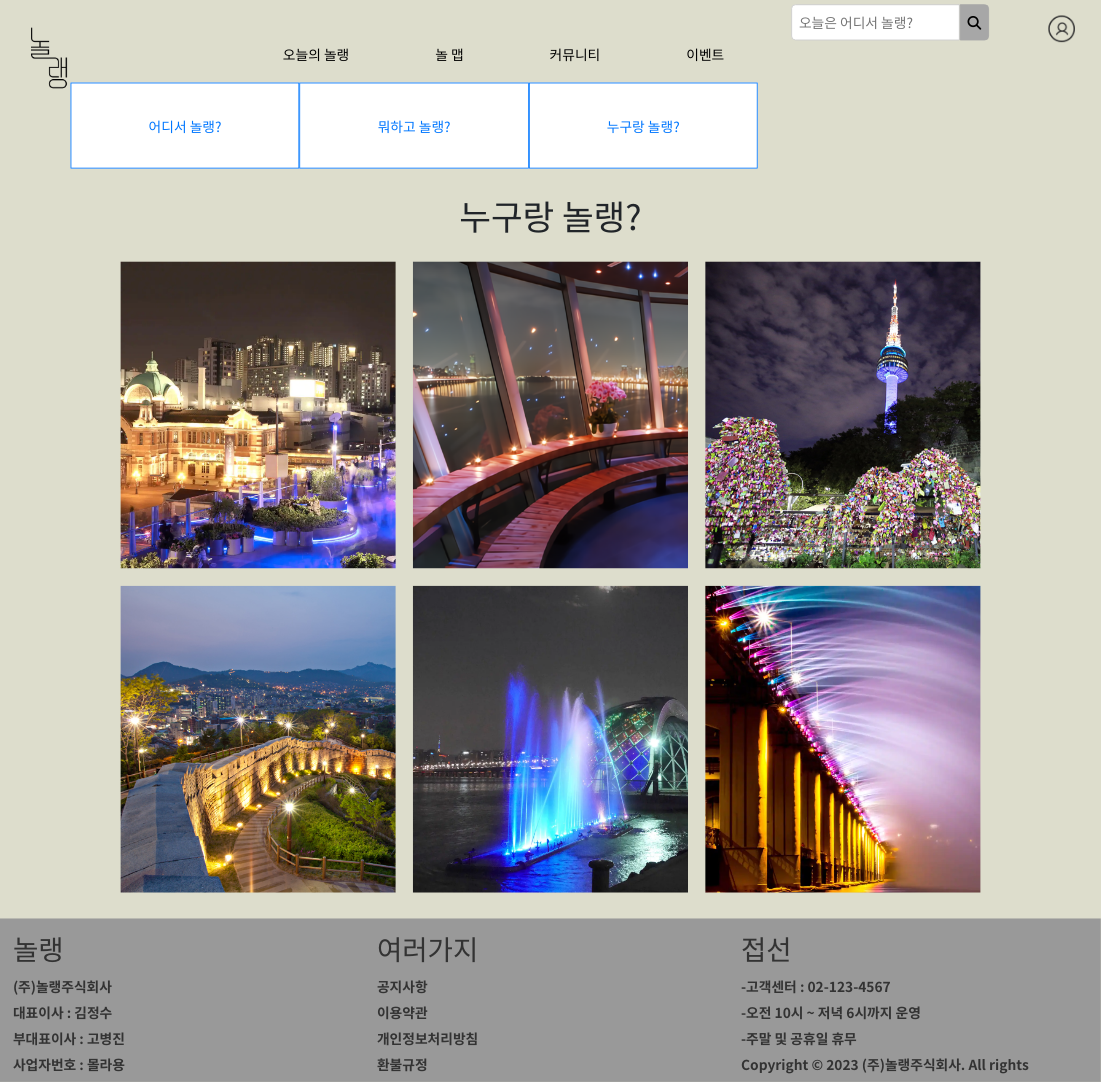
Repository: rrqrw/-
Page: http://localhost/noll_project/who/who2.jsp
The author's editor kept a copy of each file at every save. The page is drawn from the files as they stood at one save, then again after a run of saves.
The browser window is 1280 px wide. The pictures show the whole page, at 86% of full size.
Some web fonts or font styles are not loaded; a fallback is used. Some web libraries are served in a nearby version. The page is served by Tomcat 9.

Above is the page before, as saved 2023-12-12 12:16:09.

After the next 2 saves:
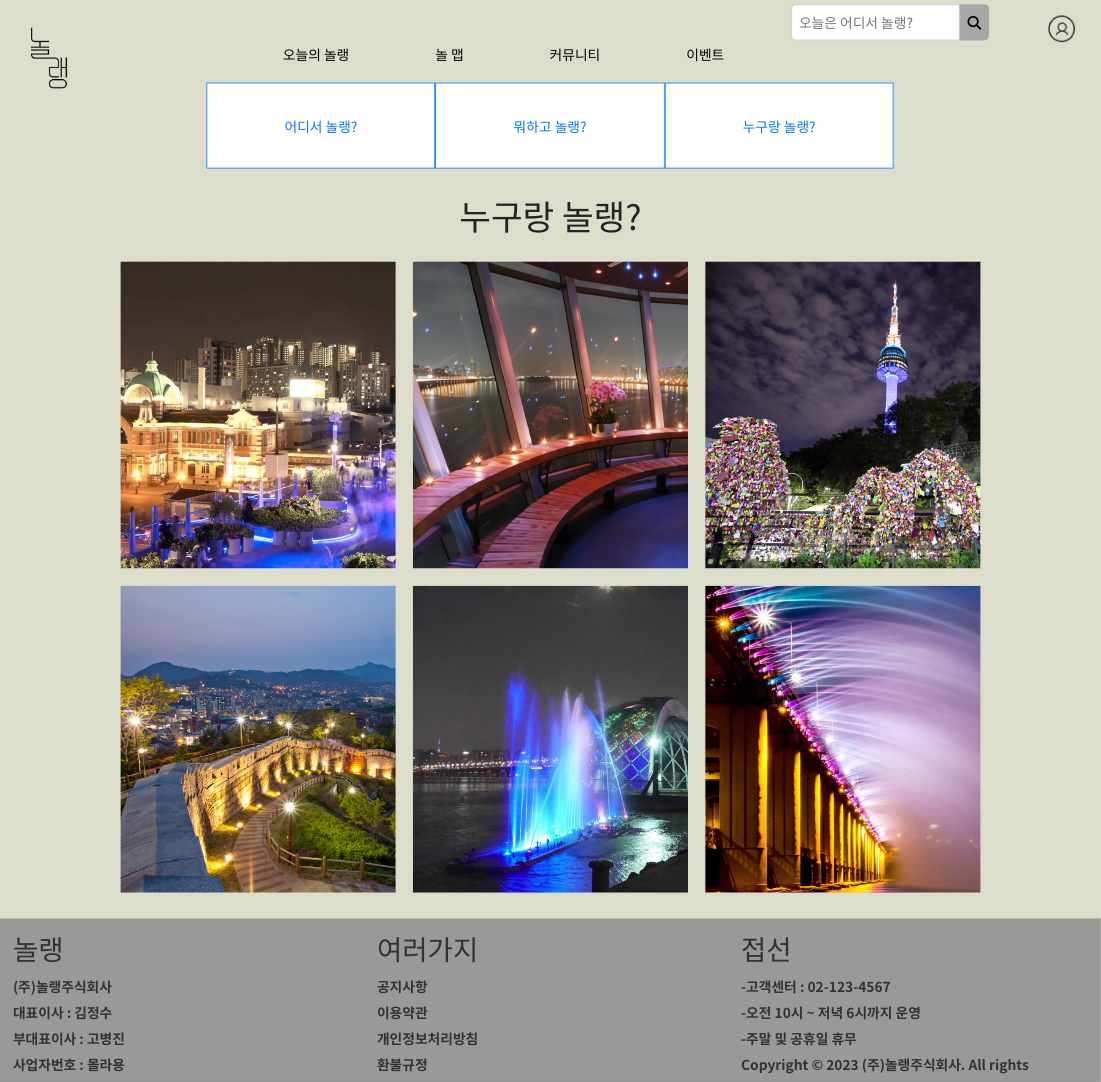
The 2 saves are shown as one change because they came seconds apart.
The last was saved 32 s later.
--- a/noll_project/src/main/webapp/resources/css/style.css
+++ b/noll_project/src/main/webapp/resources/css/style.css
@@ -523,7 +523,7 @@
   width: 800px;
   height: 100px;
   border-radius: 30%;
- margin:20px 0 0 0 auto;
+ margin: 0 auto;
 }
 .menu ul li{
   float: left;
